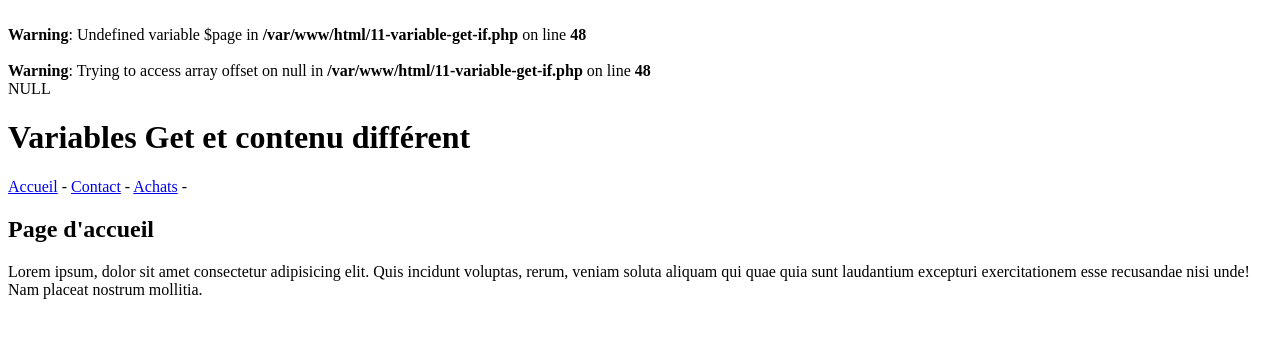
Repository: vicfir/base-php-2021
Page: http://localhost/11-variable-get-if.php?idpage=1
The author's editor kept a copy of each file at every save. The page is drawn from the files as they stood at one save, then again after the next save.
The browser window is 1280 px wide. The pictures show the whole page.
The page is run by PHP 8.4 with error messages shown; the project is at /var/www/html/.

Above is the page before, as saved 2021-09-06 14:36:54.

After the next save:
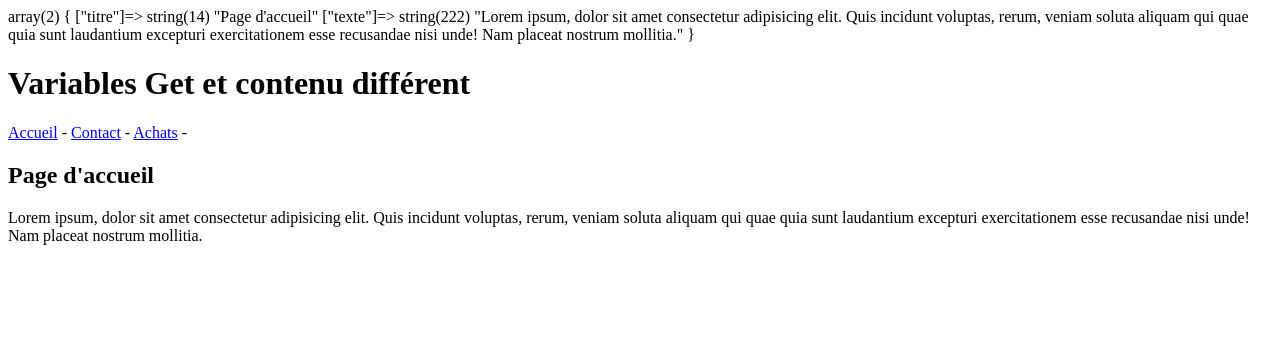
Saved 26 s later.
--- a/11-variable-get-if.php
+++ b/11-variable-get-if.php
@@ -45,7 +45,7 @@ if (isset($_GET['idpage'])) {
 </head>
 
 <body>
-    <?php var_dump($page[$id]); ?>
+    <?php var_dump($pages[$id]); ?>
     <h1>Variables Get et contenu différent</h1>
     <nav><a href="?idpage=1">Accueil</a> - <a href="?idpage=2">Contact</a> - <a href="?idpage=3">Achats</a> -</nav>
     <h2><?= $title ?></h2>
